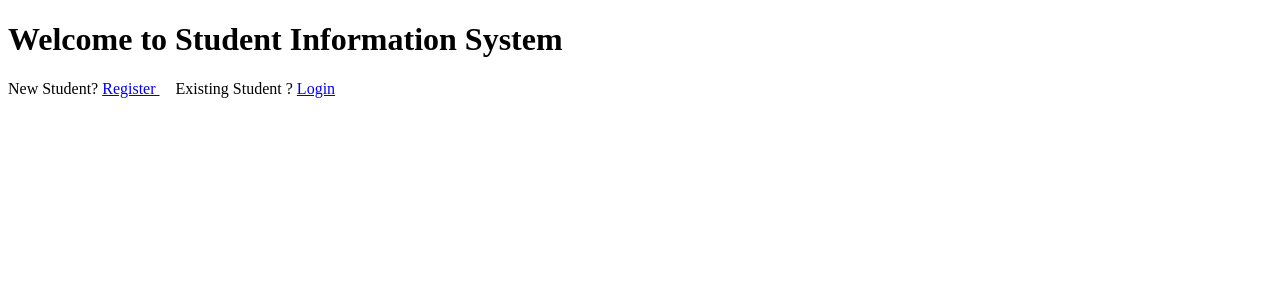
Repository: MarthaLaundyBlair/java-web-app
Page: http://localhost/banking/
The author's editor kept a copy of each file at every save. The page is drawn from the files as they stood at one save, then again after the next save.
The browser window is 1280 px wide. The pictures show the whole page.
The page is served by Tomcat 9.

Above is the page before, as saved 2022-05-17 14:26:08.

After the next save:
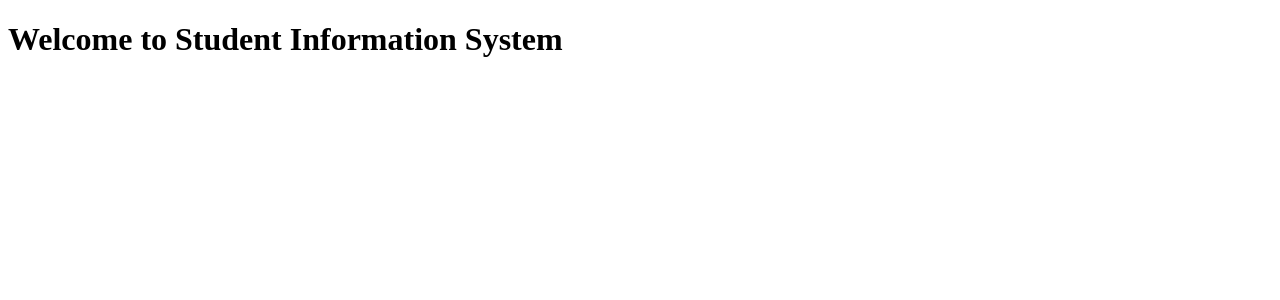
Saved 8 s later.
--- a/banking/src/main/webapp/index.jsp
+++ b/banking/src/main/webapp/index.jsp
@@ -12,9 +12,7 @@
    <h1> Welcome to Student Information System </h1>
 
 
-   New Student? <a href="register.jsp"> Register </a> &nbsp;&nbsp;&nbsp;
 
-   Existing Student ? <a href="login.jsp"> Login </a>
 
 
 
